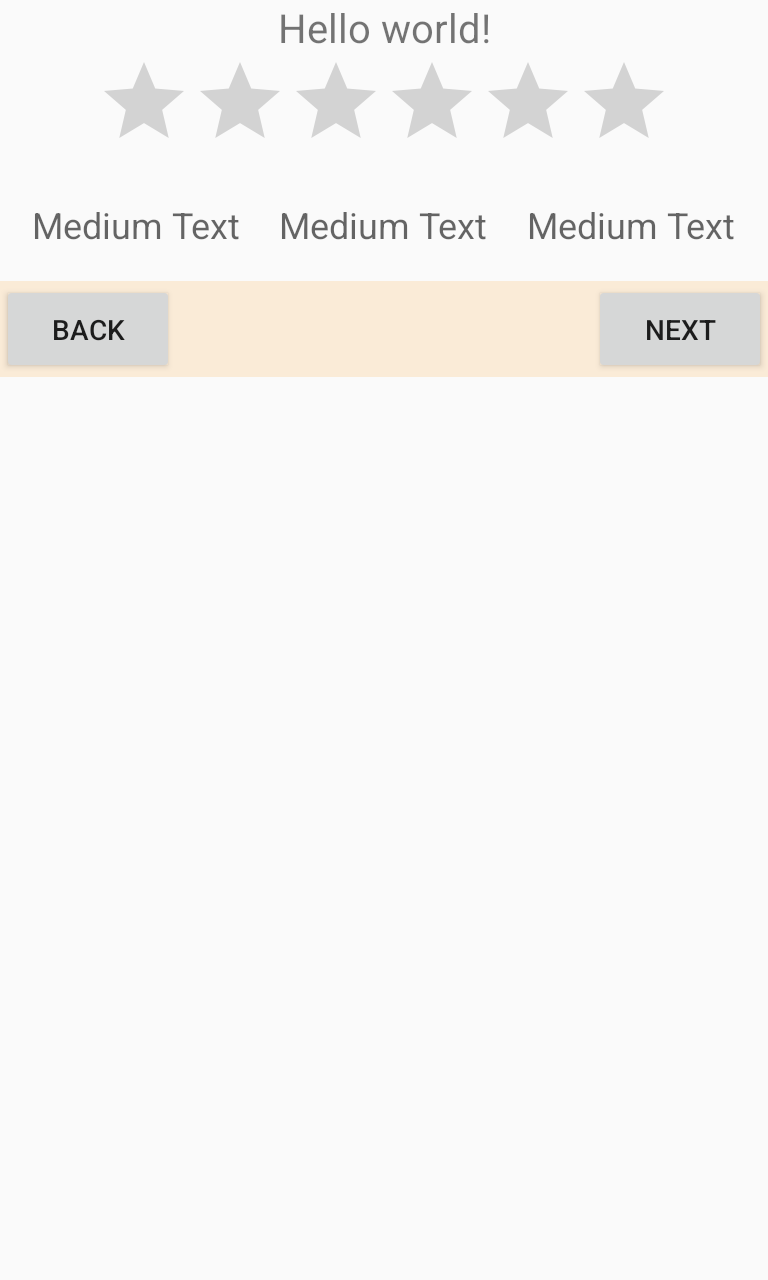
Repository: stevelyall/ERapp
Layout: ERsurvey/res/layout/activity_survey.xml
These files come from the project's save history. The layout is drawn as it stood at one moment and after the next save; the edit follows.
It is drawn on a 768 x 1280 px phone screen (xhdpi) without system bars, with theme AppTheme; the app's code is not run.

Above is the layout before, as saved 2014-10-26 02:37:19.

After the next save:
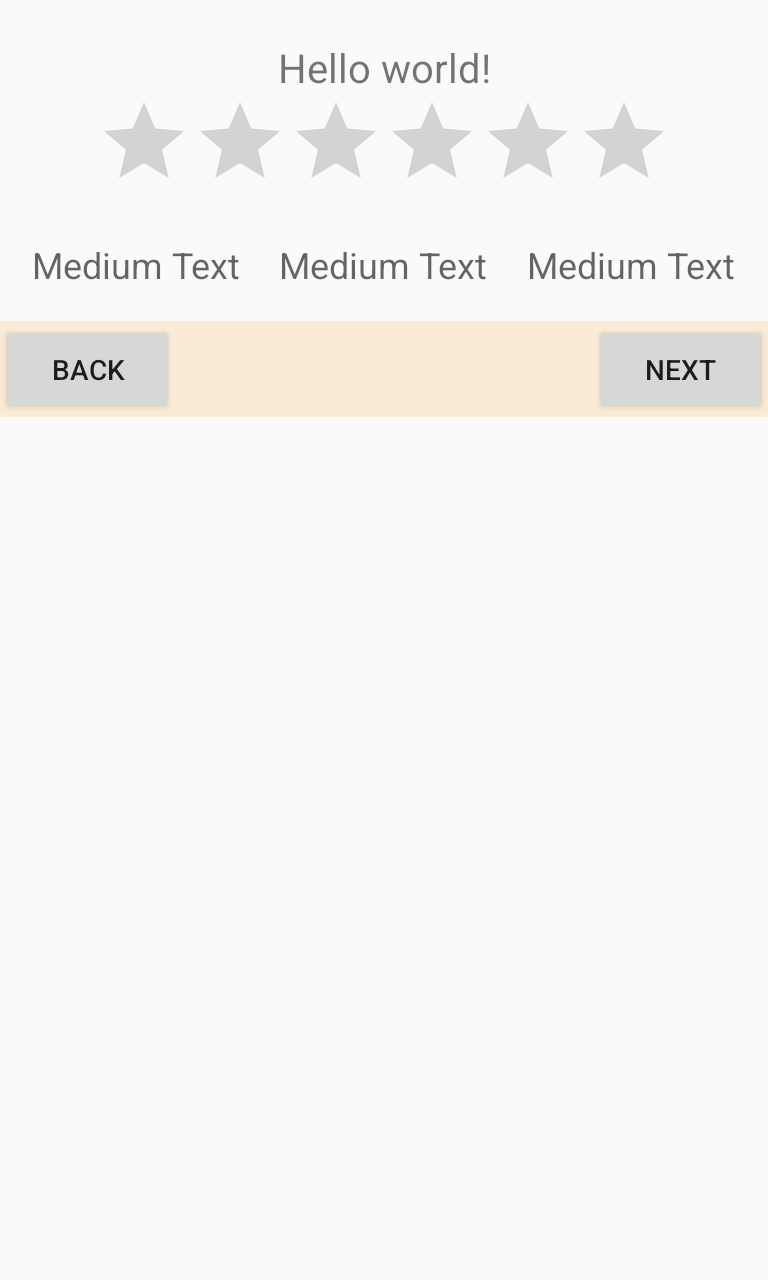
Saved 5 min 7 s later.
--- a/ERsurvey/res/layout/activity_survey.xml
+++ b/ERsurvey/res/layout/activity_survey.xml
@@ -8,7 +8,9 @@
     <TableRow
         android:id="@+id/tableRow2"
         android:layout_width="match_parent"
-        android:layout_height="wrap_content" >
+        android:layout_height="wrap_content"
+        android:layout_marginTop="20dp" >
+
     </TableRow>
 
     <TableRow
